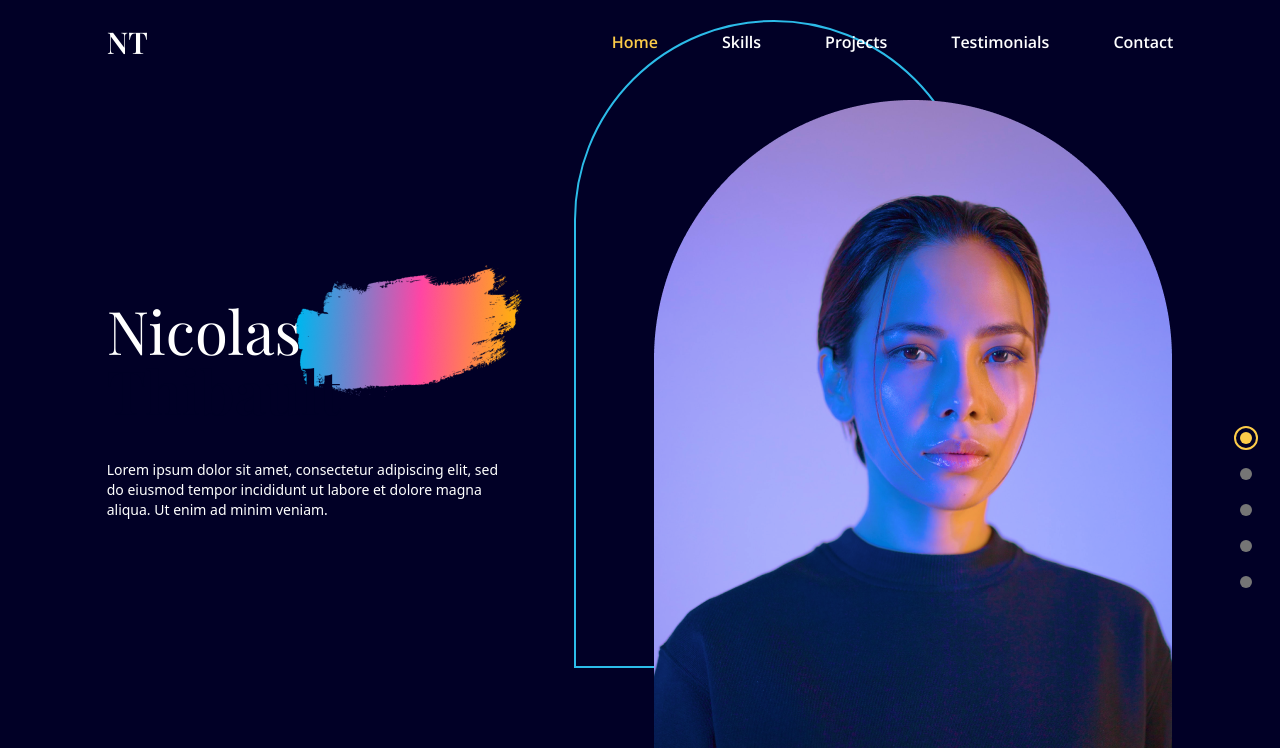
Repository: thibaultNicolas/portfolio-react
Page: /
These files come from the project's save history. The page is drawn as it stood at one moment and after the next save; the edit follows.
The browser window is 1280 px wide. The pictures show the whole page.
The project was rebuilt for these pictures with package versions that can differ from the ones it lists, and the page was loaded fresh each time. Also part of the build but not shown: next.config.ts.

Above is the page before, as saved 2023-01-08 10:40:14.

### public/index.html
<!DOCTYPE html>
<html lang="en">

<head>
  <meta charset="utf-8" />
  <link rel="icon" href="%PUBLIC_URL%/favicon.ico" />
  <meta name="viewport" content="width=device-width, initial-scale=1" />
  <meta name="theme-color" content="#000000" />
  <meta name="description" content="Web site created using create-react-app" />
  <link rel="apple-touch-icon" href="%PUBLIC_URL%/logo192.png" />
  <!--
      manifest.json provides metadata used when your web app is installed on a
      user's mobile device or desktop. See https://developers.google.com/web/fundamentals/web-app-manifest/
    -->
  <link rel="manifest" href="%PUBLIC_URL%/manifest.json" />
  <!--
      Notice the use of %PUBLIC_URL% in the tags above.
      It will be replaced with the URL of the `public` folder during the build.
      Only files inside the `public` folder can be referenced from the HTML.

      Unlike "/favicon.ico" or "favicon.ico", "%PUBLIC_URL%/favicon.ico" will
      work correctly both with client-side routing and a non-root public URL.
      Learn how to configure a non-root public URL by running `npm run build`.
    -->
  <title>React App</title>
  <link href="/public/output.css" rel="stylesheet">
</head>

<body>
  <noscript>You need to enable JavaScript to run this app.</noscript>
  <div id="root"></div>
  <!--
      This HTML file is a template.
      If you open it directly in the browser, you will see an empty page.

      You can add webfonts, meta tags, or analytics to this file.
      The build step will place the bundled scripts into the <body> tag.

      To begin the development, run `npm start` or `yarn start`.
      To create a production bundle, use `npm run build` or `yarn build`.
    -->
</body>

</html>

### src/index.css
@import url('https://fonts.googleapis.com/css2?family=Open+Sans:wght@400;600&family=Playfair+Display:wght@400;600&display=swap');

@tailwind base;
@tailwind components;
@tailwind utilities;

html,
body,
#root,
.app{
    height: 100%;
    background-color: #010026;
    @apply text-white;
}

### src/scenes/Navbar.jsx
import { useState } from 'react';
import AnchorLink from 'react-anchor-link-smooth-scroll';
import useMediaQuery from '../hooks/useMediaQuery';

const Link = ({ page, selectedPage, setSelectedPage }) => {
    const lowerCasePage = page.toLowerCase();
    return (
        <AnchorLink
            className={`${selectedPage === lowerCasePage ? 'text-yellow' : ''}
            hover:text-yellow transition duration-500`}
            href={`#${lowerCasePage}`}
            onClick={() => setSelectedPage(lowerCasePage)}
        >
            {page}
        </AnchorLink>
    );
};

const Navbar = ({ isTopOfPage, selectedPage, setSelectedPage }) => {
    const [isMenuToggled, setIsMenuToggled] = useState(false);
    const isAboveSmallScreens = useMediaQuery('(min-width:768px)');
    const navbarBackground = isTopOfPage ? "" : "bg-red";

    return (
        <nav className={`${navbarBackground} z-40 w-full fixed top-0 py-6`}>
            <div className="flex items-center justify-between mx-auto w-5/6">
                <h4 className="font-playfair text-3xl font-bold">NT</h4>

                {/* DESKTOP NAV */}
                {isAboveSmallScreens ? (
                    <div className="flex justify-between gap-16 font-openSans txt-sm font-semibold">
                        <Link
                            page="Home"
                            selectedPage={selectedPage}
                            setSelectedPage={setSelectedPage}
                        />
                        <Link
                            page="Skills"
                            selectedPage={selectedPage}
                            setSelectedPage={setSelectedPage}
                        />
                        <Link
                            page="Projects"
                            selectedPage={selectedPage}
                            setSelectedPage={setSelectedPage}
                        />
                        <Link
                            page="Testimonials"
                            selectedPage={selectedPage}
                            setSelectedPage={setSelectedPage}
                        />
                        <Link
                            page="Contact"
                            selectedPage={selectedPage}
                            setSelectedPage={setSelectedPage}
                        />
                    </div>
                ) : (
                    <button
                        className="rounded-full bg-red p-2"
                        onClick={() => setIsMenuToggled(!isMenuToggled)}
                    >
                        <img src="../assets/menu-icon.svg" alt="menu-icon" />
                    </button>
                )}

                {/* MOBILE MENU POPUP */}
                {!isAboveSmallScreens && isMenuToggled && (
                    <div className="fixed right-0 bottom-0 h-full bg-blue w-[300px]">
                        {/* CLOSE ICON */}
                        <div className="flex justify-end p-12">
                            <button
                                onClick={() => setIsMenuToggled(!isMenuToggled)}
                            >
                                <img
                                    src="../assets/close-icon.svg"
                                    alt="close-icon"
                                />
                            </button>
                        </div>
                        {/* MENU ITEMS */}
                        <div className="flex flex-col gap-10 ml-[33%] text-2xl text-deep-blue">
                            <Link
                                page="Home"
                                selectedPage={selectedPage}
                                setSelectedPage={setSelectedPage}
                            />
                            <Link
                                page="Skills"
                                selectedPage={selectedPage}
                                setSelectedPage={setSelectedPage}
                            />
                            <Link
                                page="Projects"
                                selectedPage={selectedPage}
                                setSelectedPage={setSelectedPage}
                            />
                            <Link
                                page="Testimonials"
                                selectedPage={selectedPage}
                                setSelectedPage={setSelectedPage}
                            />
                            <Link
                                page="Contact"
                                selectedPage={selectedPage}
                                setSelectedPage={setSelectedPage}
                            />
                        </div>
                    </div>
                )}
            </div>
        </nav>
    );
};

export default Navbar;

### src/scenes/DotGroup.jsx
import AnchorLink from 'react-anchor-link-smooth-scroll';
const DotGroup = ({ selectedPage, setSelectedPage }) => {
    const selectedStyles = `relative bg-yellow before:absolute before:w-6 before:h-6
    before:rounded-full before:border-2 before:border-yellow before:left-[-50%]
    before:top-[-50%]`;
    return (
        <div className="flex flex-col gap-6 fixed top-[60%] right-7">
            <AnchorLink
                className={`${selectedPage === 'home' ? selectedStyles : 'bg-dark-grey'}
            w-3 h-3 rounded-full`}
                href="#home"
                onClick={() => setSelectedPage('home')}
            />
            <AnchorLink
                className={`${selectedPage === 'skills' ? selectedStyles : 'bg-dark-grey'}
            w-3 h-3 rounded-full`}
                href="#skills"
                onClick={() => setSelectedPage('skills')}
            />
            <AnchorLink
                className={`${selectedPage === 'projects' ? selectedStyles : 'bg-dark-grey'}
            w-3 h-3 rounded-full`}
                href="#projects"
                onClick={() => setSelectedPage('projects')}
            />
            <AnchorLink
                className={`${selectedPage === 'testimonials' ? selectedStyles : 'bg-dark-grey'}
            w-3 h-3 rounded-full`}
                href="#testimonials"
                onClick={() => setSelectedPage('testimonials')}
            />
            <AnchorLink
                className={`${selectedPage === 'contact' ? selectedStyles : 'bg-dark-grey'}
            w-3 h-3 rounded-full`}
                href="#contact"
                onClick={() => setSelectedPage('contact')}
            />
        </div>
    );
};
export default DotGroup;

### src/scenes/Landing.jsx
import useMediaQuery from '../hooks/useMediaQuery';
import { motion } from 'framer-motion';
import AnchorLink from 'react-anchor-link-smooth-scroll';

const Landing = ({ setSelectedPage }) => {
    const isAboveMediumScreens = useMediaQuery('(min-width:1060px)');

    return (
        <section
            id="home"
            className="md:flex md:justify-between md:items-center md:h-full gap-16 py-10"
        >
            {/* IMAGE SECTION */}
            <div className="md:order-2 flex justify-center basis-3/5 z-10 mt-16 md:mt-32">
                {isAboveMediumScreens ? (
                    <div className="relative z-0 ml-20 before:absolute before:-top-20 before:-left-20 before:rounded-t-[400px] before:w-full before:max-w-[400px] before:h-full before:border-2 before:border-blue before:z-[-1]">
                        <img
                            src="assets/profile-image.png"
                            alt="profile"
                            className="hover:filter hover:saturate-200 transition duration-500 z-10 w-full max-w-[400px] md:max-w-[600px]"
                        />
                    </div>
                ) : (
                    <img
                        src="assets/profile-image.png"
                        alt="profile"
                        className="hover:filter hover:saturate-200 transition duration-500 z-10 w-full max-w-[400px] md:max-w-[600px]"
                    />
                )}
                </div>
                {/* MAIN SECTION */}
                <div className="z-30 basis-2/5 mt-12 md:mt-32">
                    {/* HEADING SECTION */}
                    <motion.div
                        initial="hidden"
                        whileInView="visible"
                        viewport={{ once: true, amount: 0.5 }}
                        transition={{duration: 0.5}}
                        variants={{
                            hidden:{opacity:0, x:-50},
                            visible:{opacity:1, x:0},
                        }}
                    >
                        <p className='text-6xl font-playfair z-10 text-center md:text-start'>Nicolas {""}
                        <span className='xs:relative xs:text-deep-blue xs:font-semibold z-20
                        xs:before:content-brush before:absolute before:-left-[25px] before:-top-[70px] before:z-[-1]
                        '>
                            Thibault
                        </span>
                        </p>
                        <p className='mt-10 mb-7 text-sm text-center md:text-start'>
                        Lorem ipsum dolor sit amet, consectetur adipiscing elit, sed do eiusmod tempor incididunt ut labore et dolore magna aliqua. Ut enim ad minim veniam.
                        </p>
                    </motion.div>
                </div>
        </section>
    );
};
export default Landing;

### src/hooks/useMediaQuery.jsx
import { useState, useEffect } from 'react';

const useMediaQuery = (query) => {
    const [matches, setMatches] = useState(false);

    useEffect(() => {
        const media = window.matchMedia(query);
        if (media.matches !== matches) {
            setMatches(media.matches);
        }
        const listener = () => setMatches(media.matches);
        window.addEventListener('resize', listener);
        return () => window.removeEventListener('resize', listener);
    }, [matches, query]);

    return matches;
};

export default useMediaQuery;

Loaded but not shown: src/index.js (common file); src/App.js (37 lines, source omitted); tailwind.config.js (41 lines, source omitted); public/output.css (740 lines, source omitted)

After the next save:
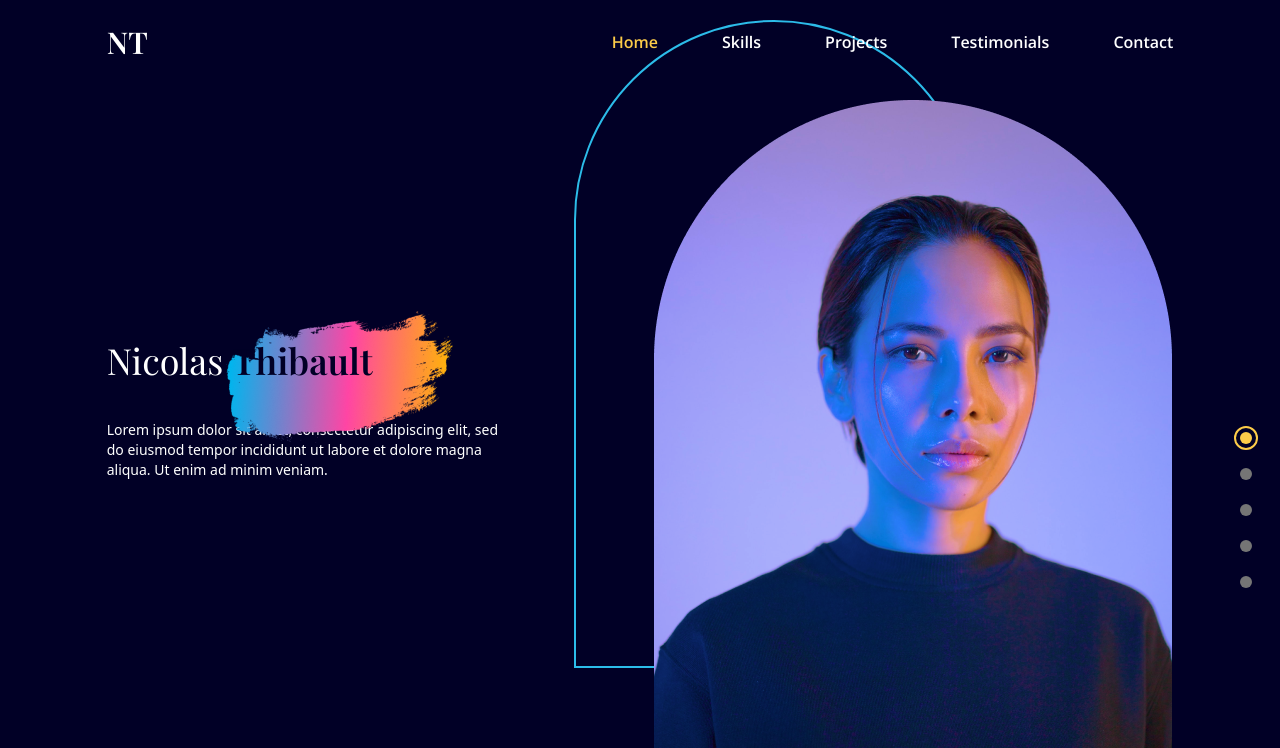
Saved 95 s later.
--- a/src/scenes/Landing.jsx
+++ b/src/scenes/Landing.jsx
@@ -41,7 +41,7 @@
                             visible:{opacity:1, x:0},
                         }}
                     >
-                        <p className='text-6xl font-playfair z-10 text-center md:text-start'>Nicolas {""}
+                        <p className='text-4xl font-playfair z-10 text-center md:text-start'>Nicolas {""}
                         <span className='xs:relative xs:text-deep-blue xs:font-semibold z-20
                         xs:before:content-brush before:absolute before:-left-[25px] before:-top-[70px] before:z-[-1]
                         '>

After the 2 saves that followed:
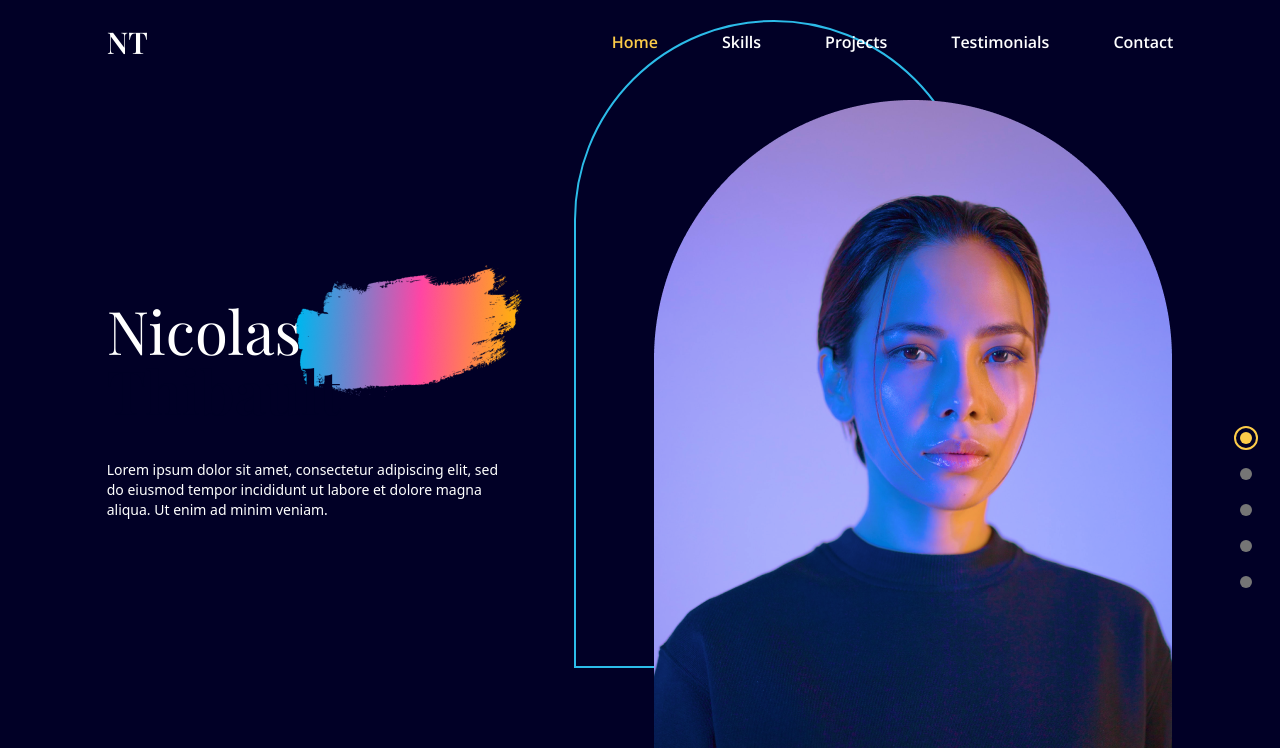
The 2 saves are shown as one change because they came seconds apart.
The last was saved 6 s later.
--- a/src/scenes/Landing.jsx
+++ b/src/scenes/Landing.jsx
@@ -41,7 +41,7 @@
                             visible:{opacity:1, x:0},
                         }}
                     >
-                        <p className='text-4xl font-playfair z-10 text-center md:text-start'>Nicolas {""}
+                        <p className='text-6xl font-playfair z-10 text-center md:text-start'>Nicolas {""}
                         <span className='xs:relative xs:text-deep-blue xs:font-semibold z-20
                         xs:before:content-brush before:absolute before:-left-[25px] before:-top-[70px] before:z-[-1]
                         '>
